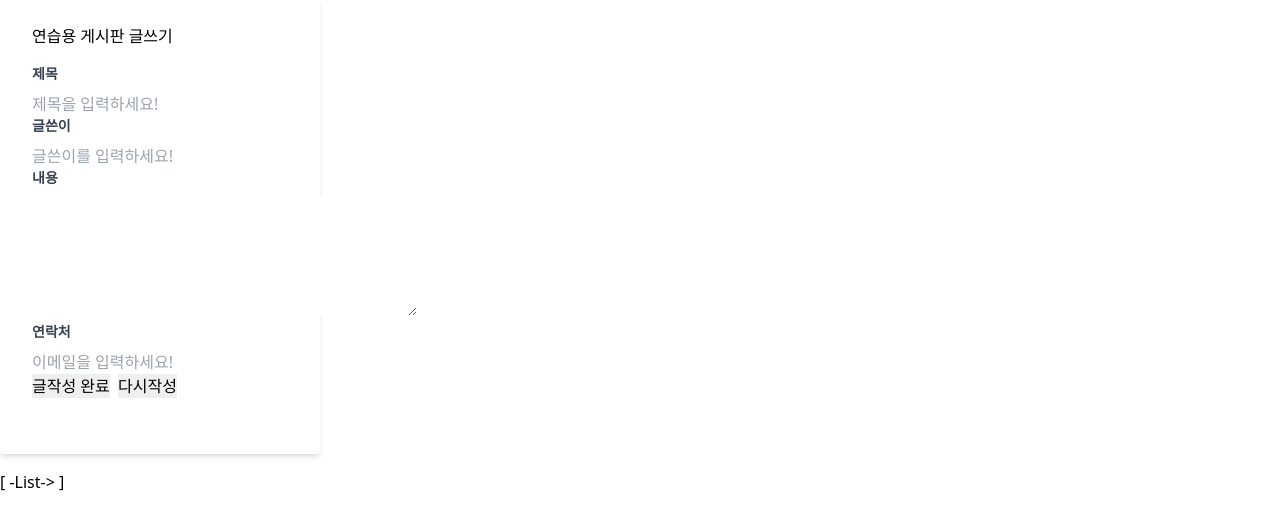
Repository: k0603156/JAVA
Page: http://localhost/StartBoard/test.do?name=KIM_YONG_KUK
The author's editor kept a copy of each file at every save. The page is drawn from the files as they stood at one save, then again after a run of saves.
The browser window is 1280 px wide. The pictures show the whole page.
The page is served by Tomcat 9. Other server files are loaded and not shown.

Above is the page before, as saved 2020-03-12 08:03:45.

### SERVLET/workspace/StartBoard/WebContent/index.jsp
<%@ page language="java" contentType="text/html; charset=UTF-8"
	pageEncoding="UTF-8"%>
<!DOCTYPE html>
<html>
<head>
<meta charset="UTF-8">
<title>Insert title here</title>
</head>
<link href="https://unpkg.com/tailwindcss@^1.0/dist/tailwind.min.css" rel="stylesheet">
<body>
	<!-- <h1>Index.jsp</h1>
	<h1><a href="http://www.naver.com">Naver.com</a></h1>
	<h1><a href="./test.do?myName=Kimyongkuk">이름을 알려주세요~!~!</a></h1> -->
<div class="w-full max-w-xs">
	<form action="./writeSave.do" method="post" class="bg-white shadow-md rounded px-8 pt-6 pb-8 mb-4">
	 <div class="mb-4">
		<td colspan="2" style="text-align: center;">연습용 게시판 글쓰기</td>
	 </div>
	<div class="mb-6">
			<label class="block text-gray-700 text-sm font-bold mb-2" for="title">제목</label>
			<input type="text" placeholder="제목을 입력하세요!" name="title" required >

			<label class="block text-gray-700 text-sm font-bold mb-2" for="author">글쓴이</label>
			<input type="text" placeholder="글쓴이를 입력하세요!" name="author" required>

			<label class="block text-gray-700 text-sm font-bold mb-2" for="content">내용</label>
			<textarea cols="40" rows="5" name="content"></textarea>

			<label class="block text-gray-700 text-sm font-bold mb-2" for="email">연락처</label>
			<input type="email" placeholder="이메일을 입력하세요!" name="email">

			<div class="mb-4">
			<input type="submit" value="글작성 완료">&nbsp;
			<input type="reset" value="다시작성">
			</div>
	 </div>
	</div>
	</div>
	</form>
	<a href="./list.do">[ -List-> ]</a>
	</div>
</body>
</html>

### SERVLET/workspace/StartBoard/src/ctrl/FrontController.java
package ctrl;

import java.io.IOException;
import java.sql.SQLException;

import javax.servlet.RequestDispatcher;
import javax.servlet.ServletException;
import javax.servlet.http.HttpServlet;
import javax.servlet.http.HttpServletRequest;
import javax.servlet.http.HttpServletResponse;

import org.slf4j.Logger;
import org.slf4j.LoggerFactory;

import service.*;

public class FrontController extends HttpServlet{

	private static final long serialVersionUID = 1L;
	private static Logger log = LoggerFactory.getLogger(FrontController.class);
	public FrontController() {}

	@Override
	protected void service(HttpServletRequest req, HttpServletResponse resp) throws ServletException, IOException {
		String uri = req.getRequestURI();
		log.info("uri : " + uri);

		String contextPath = req.getContextPath();
		log.info("context : " + contextPath);

		String path = uri.substring(contextPath.length());
		log.info("path : " + path);

		String targetPage = "";
		Action action = null;

		if (path.equals("/writeSave.do")) {
			action = new InsertAction();
			try {
				action.execute(req, resp);
			} catch (SQLException e) {
				e.printStackTrace();
			}

			targetPage = "list.do";

		}else if(path.equals("/list.do")) {
			action = new ListAction();
			try {
				action.execute(req, resp);
			} catch (SQLException e) {
				e.printStackTrace();
			}

			targetPage = "/list.jsp";

		}else if (path.equals("/detail.do")) {
			action = new DetailAction();
			try {
				action.execute(req, resp);
			} catch (SQLException e) {
				e.printStackTrace();
			}

			targetPage = "/detail.jsp";

		}else if(path.equals("/modify.do")) {
			action = new DetailAction();
			try {
				action.execute(req, resp);
			} catch (SQLException e) {
				e.printStackTrace();
			}

			targetPage = "/modify.jsp";

		}else if(path.equals("/modifySave.do")) {
			action = new ModifyAction();
			try {
				action.execute(req, resp);
			} catch (SQLException e) {
				e.printStackTrace();
			}

			targetPage = "detail.do";

		}else if(path.equals("/delete.do")) {
			action = new DeleteAction();
			try {
				action.execute(req, resp);
			} catch (SQLException e) {
				e.printStackTrace();
			}

			targetPage = "list.do";

		}

		RequestDispatcher requestDispatcher = req.getRequestDispatcher(targetPage);
		requestDispatcher.forward(req, resp);
	}

	@Override
	protected void doGet(HttpServletRequest req, HttpServletResponse resp) throws ServletException, IOException {
		service(req, resp);
	}

	@Override
	protected void doPost(HttpServletRequest req, HttpServletResponse resp) throws ServletException, IOException {
		service(req, resp);
	}



}

After the next 3 saves:
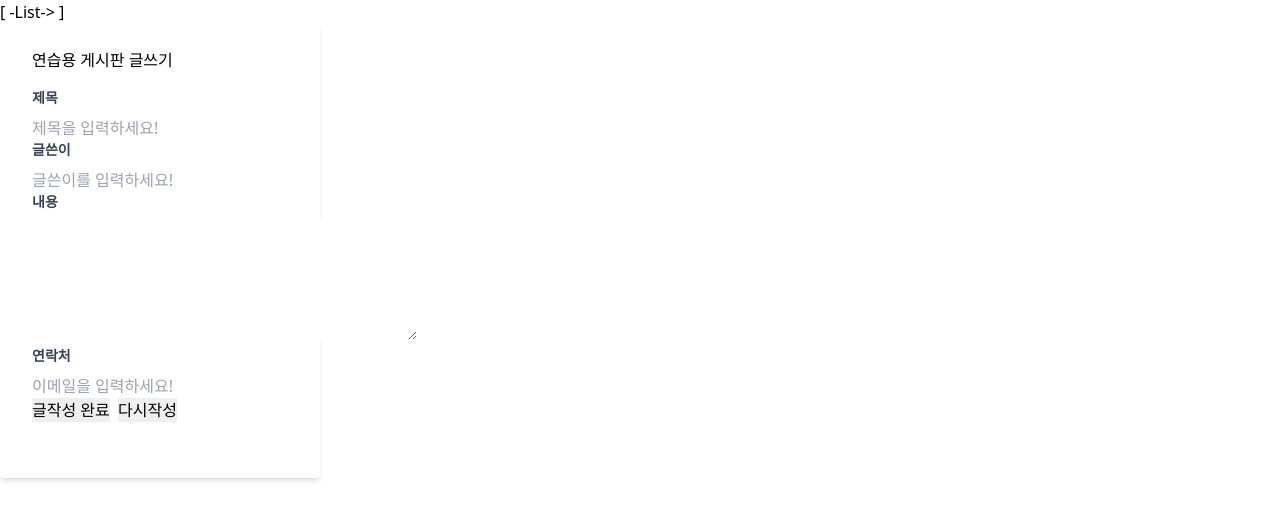
The 3 saves are shown as one change because they came seconds apart.
The last was saved 48 s later.
--- a/SERVLET/workspace/StartBoard/WebContent/index.jsp
+++ b/SERVLET/workspace/StartBoard/WebContent/index.jsp
@@ -11,33 +11,34 @@
 	<!-- <h1>Index.jsp</h1>
 	<h1><a href="http://www.naver.com">Naver.com</a></h1>
 	<h1><a href="./test.do?myName=Kimyongkuk">이름을 알려주세요~!~!</a></h1> -->
-<div class="w-full max-w-xs">
-	<form action="./writeSave.do" method="post" class="bg-white shadow-md rounded px-8 pt-6 pb-8 mb-4">
-	 <div class="mb-4">
-		<td colspan="2" style="text-align: center;">연습용 게시판 글쓰기</td>
-	 </div>
-	<div class="mb-6">
-			<label class="block text-gray-700 text-sm font-bold mb-2" for="title">제목</label>
-			<input type="text" placeholder="제목을 입력하세요!" name="title" required >
+	<div class="w-full max-w-xs">
+	<a href="./list.do">[ -List-> ]</a>
+		<form action="./writeSave.do" method="post" class="bg-white shadow-md rounded px-8 pt-6 pb-8 mb-4">
+		 <div class="mb-4">
+			<td colspan="2" style="text-align: center;">연습용 게시판 글쓰기</td>
+		 </div>
+		<div class="mb-6">
+				<label class="block text-gray-700 text-sm font-bold mb-2" for="title">제목</label>
+				<input type="text" placeholder="제목을 입력하세요!" name="title" required >
 
-			<label class="block text-gray-700 text-sm font-bold mb-2" for="author">글쓴이</label>
-			<input type="text" placeholder="글쓴이를 입력하세요!" name="author" required>
+				<label class="block text-gray-700 text-sm font-bold mb-2" for="author">글쓴이</label>
+				<input type="text" placeholder="글쓴이를 입력하세요!" name="author" required>
 
-			<label class="block text-gray-700 text-sm font-bold mb-2" for="content">내용</label>
-			<textarea cols="40" rows="5" name="content"></textarea>
+				<label class="block text-gray-700 text-sm font-bold mb-2" for="content">내용</label>
+				<textarea cols="40" rows="5" name="content"></textarea>
 
-			<label class="block text-gray-700 text-sm font-bold mb-2" for="email">연락처</label>
-			<input type="email" placeholder="이메일을 입력하세요!" name="email">
+				<label class="block text-gray-700 text-sm font-bold mb-2" for="email">연락처</label>
+				<input type="email" placeholder="이메일을 입력하세요!" name="email">
 
-			<div class="mb-4">
-			<input type="submit" value="글작성 완료">&nbsp;
-			<input type="reset" value="다시작성">
-			</div>
-	 </div>
-	</div>
-	</div>
-	</form>
-	<a href="./list.do">[ -List-> ]</a>
+				<div class="mb-4">
+				<input type="submit" value="글작성 완료">&nbsp;
+				<input type="reset" value="다시작성">
+				</div>
+		 </div>
+		</div>
+		</div>
+		</form>
+
 	</div>
 </body>
 </html>
